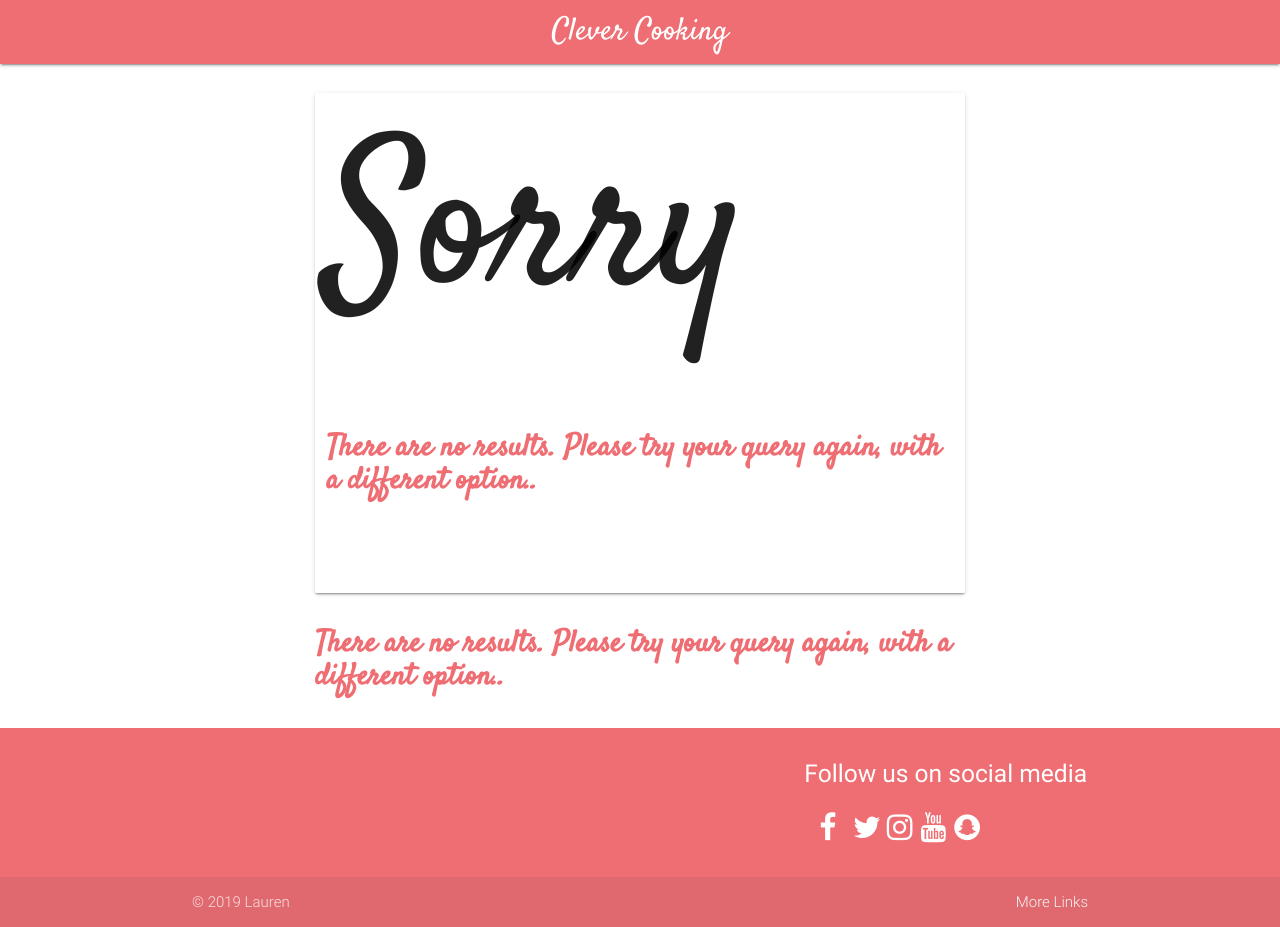
Repository: Code-Institute-Submissions/online-recipe-cookbook
Page: templates/no_results.html
The author's editor kept a record of every edit. The page is drawn from the files as they stood at one moment, then again after the next edit.
The browser window is 1280 px wide. The pictures show the whole page.
Some web libraries are served in a nearby version. The page is served by the project's application, run on Flask 3 (app.py). The template is opened directly, without the code that normally fills it, so the values that code supplies are empty.

Above is the page before.

After the next edit:
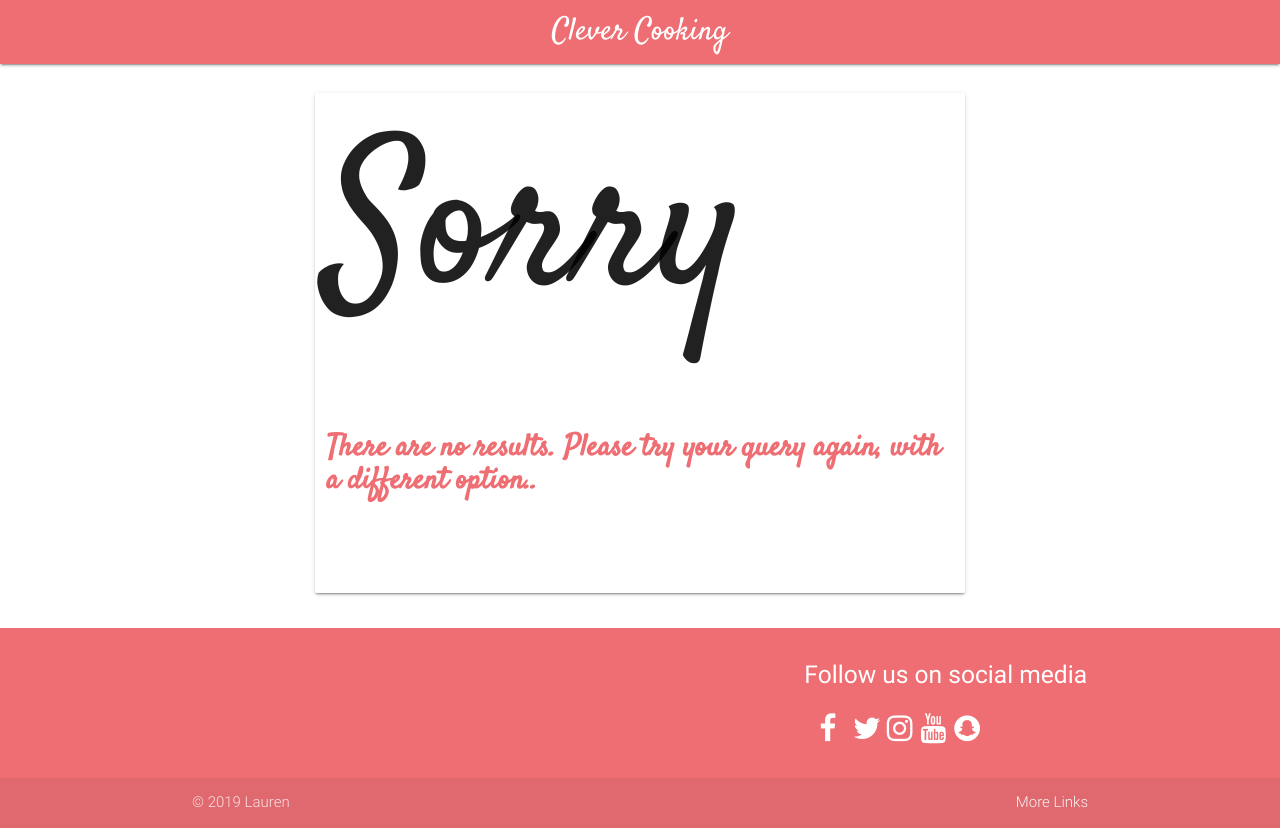
The edit:
--- a/templates/no_results.html
+++ b/templates/no_results.html
@@ -18,9 +18,7 @@
                           <h4>There are no results. Please try your query again, with a different option..</h4>
                      </div>
                 </div>
-                <div class="row">
-                    <h4>There are no results. Please try your query again, with a different option..</h4>
-                  </div>
+
 
             </div>
             </div>
